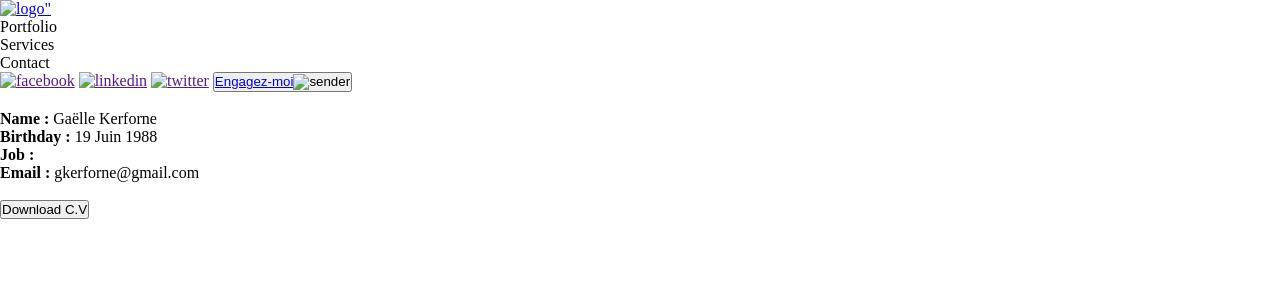
Repository: helfina/my_SiteWeb_gaelle-kfe
Page: index.html
An editor plug-in stored every save of this project. The page is shown before and after a run of saves, followed by the edit.
The browser window is 1280 px wide. The pictures show the whole page.

Above is the page before, as saved 2020-11-08 11:30:05.

After the next 2 saves:
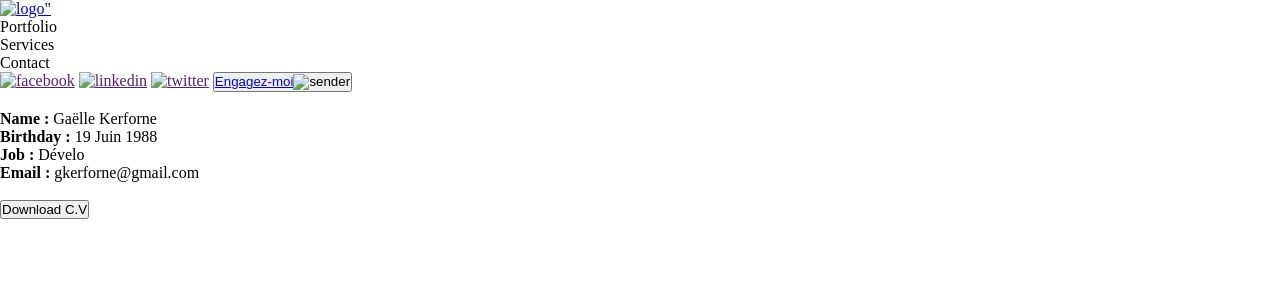
The 2 saves are shown as one change because they came seconds apart.
The last was saved 11 s later.
--- a/index.html
+++ b/index.html
@@ -37,7 +37,7 @@
             <ul>
                 <li><strong>Name : </strong> Gaëlle Kerforne</li>
                 <li><strong>Birthday : </strong> 19 Juin 1988</li>
-                <li><strong> Job : </strong></li>
+                <li><strong> Job : </strong> Dévelo</li>
                 <li><a href="mailto:gkerforne@gmail.com"></a><strong>Email : </strong> gkerforne@gmail.com</li>
                 <li><a href="tel:0786598911"></a><strong></strong></li>
             </ul>
